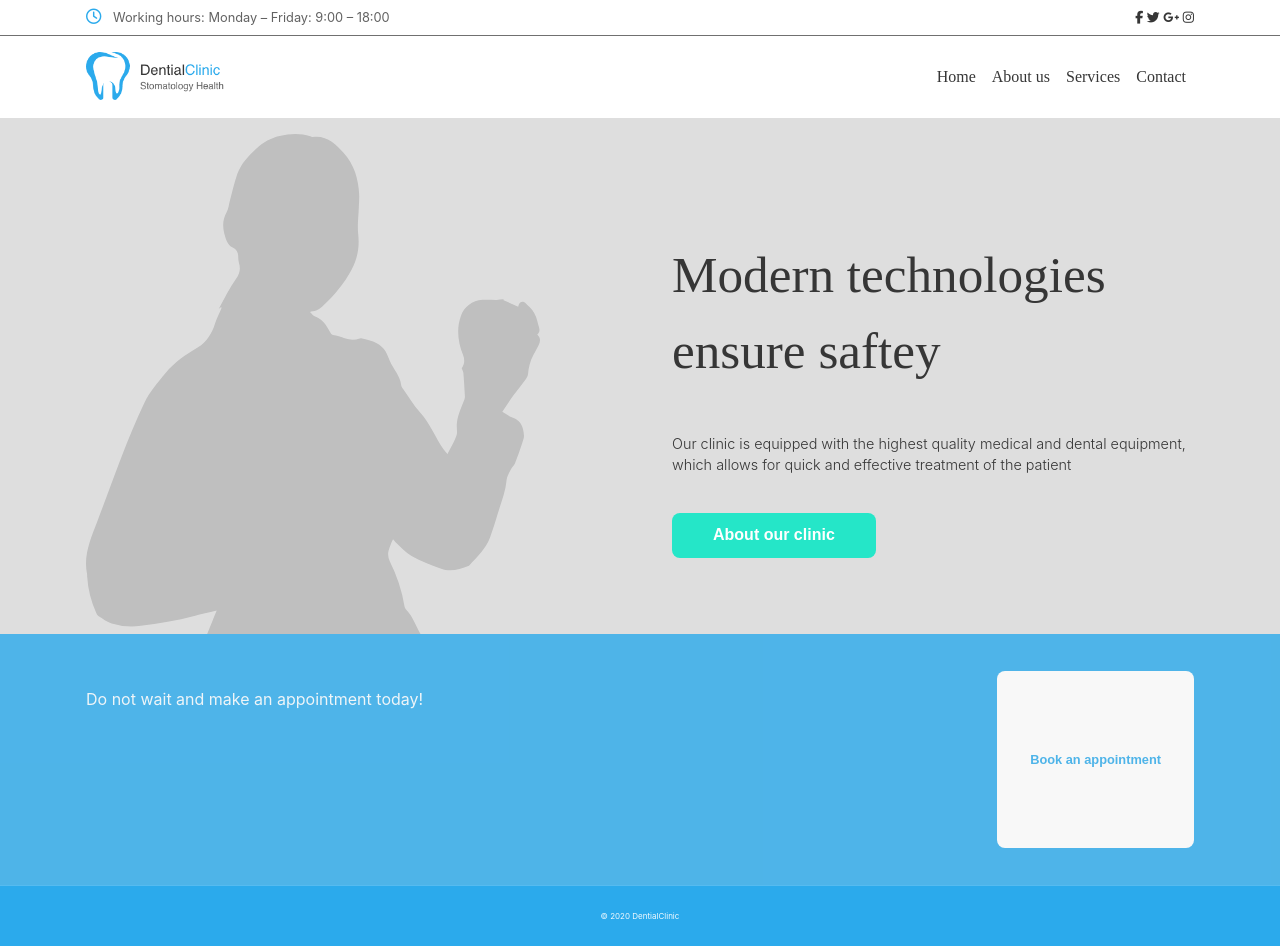
Repository: skepp4rn/uppgift1
Page: index.html
These files come from the project's save history. The page is drawn as it stood at one moment and after the next save; the edit follows.
The browser window is 1280 px wide. The pictures show the whole page.
Some web libraries are served in a nearby version.

Above is the page before, as saved 2020-12-03 15:09:15.

### index.html
<!DOCTYPE html>
<html lang="en">
<head>
    <meta charset="UTF-8">
    <meta name="viewport" content="width=device-width, initial-scale=1.0">
    <title>Document</title>

    <script src="https://kit.fontawesome.com/0abbda2fd3.js" crossorigin="anonymous"></script>
    <link rel="stylesheet" href="style.css">
</head>
<body>

    <nav class="navbar-top collapse">
        <div class="container">
            <div class="hours">
                <i class="far fa-clock"></i>
                Working hours: Monday – Friday: 9:00 – 18:00
            </div>
            <div class="#">
                <a href="#"><i class="fab fa-facebook-f"></i></a>
                <a href="#"><i class="fab fa-twitter"></i></a>
                <a href="#"><i class="fab fa-google-plus-g"></i></a>
                <a href="#"><i class="fab fa-instagram"></i></a>
            </div>
        </div>
    </nav>

    <nav class="navbar ">
        <div class="container">
            <a class="navbar-brand" href="#" >
                <img src="images/Logo.png" alt="">
            </a>
            <button class="navbar-toggler">
                <i class="fas fa-bars"></i>
            </button>
            <div class="collapse navbar-collapse">
                <div class="navbar-nav">
                    <a class="nav-link" href="#">Home</a>
                    <a class="nav-link" href="#">About us</a>
                    <a class="nav-link" href="#">Services</a>
                    <a class="nav-link" href="#">Contact</a>
                </div>
            </div>
        </div>
    </nav>

    <section id="showcase" class="bg-gray">
        <div class="container">
            <img src="images/placehold-girl.svg" alt="">
            <div class="content-box">
                <div class="content">
                    <h1>Modern technologies ensure saftey</h1>
                    <p>Our clinic is equipped with the highest quality medical and dental equipment, which allows for quick and effective treatment of the patient</p>
                    <button class="btn btn-green">About our clinic</button>
                </div>
            </div>
        </div>
    </section>












   <div class="grid">
        <section id="appointment" class="bg-gray">
            <div class="bg-blue overlay">
                <div class="container">
                    <div class="center-content">
                        <p>Do not wait and make an appointment today!</p>
                        <button>Book an appointment</button>
                    </div>
                </div>
            </div>
        </section>
        <footer class="d-flex justify-content-center bg-blue">
            <p>© 2020 DentialClinic</p>
        </footer>
    </div>

</body>
</html>

### style.css
* {
    box-sizing: border-box;
}

html, body {
    font-weight: 400;
    font-family: -apple-system, BlinkMacSystemFont, 'Segoe UI', Roboto, Oxygen, Ubuntu, Cantarell, 'Open Sans', 'Helvetica Neue', sans-serif;
    line-height: 1.5;
    font-size: 16px;
    margin: 0;
    padding: 0;
    color: #626262;
}

.container {
    width: 100%;
    padding: 0 1rem;
    margin: 0 auto;
}

.border {
    border: 1px solid black;
}

a {
    color: #363636;
    text-decoration: none;
    background-color: transparent;
}

a:hover {
    color: #25E6C8;
}

.bg-dark {
   background: #333333;
   color: #ffffff;
}

.bg-light {
    background: #f7f7f7;
    color: #333333;
}

.bg-gray {
    background-color: #DEDEDE;

}



.btn {
    display: inline-block;
    font-weight: 400;
    text-align: center;
    vertical-align: middle;
    padding: 0.80rem 2.5rem;
    border-radius: 0.5rem;
    border: 1px solid transparent;
    background-color: transparent;
    font-size: 1rem;

}

.btn-green {
    color: #ffffff;
    background-color: #25E6C8;
    font-weight: bold;
    margin-top: 1.4rem;
    border-radius: 0.5rem;

}

.btn-green:hover {
    cursor: pointer;
    background-color: #2BAAEC;
}



.collapse:not(.show) {
    display: none;
}

.container {
    width: 100%;
    padding: 0 1rem;
    margin: 0 auto;
}

.navbar-top {
    border-bottom: 1px solid #707070;
}

.navbar, .navbar-top {
    display: flex;
    justify-content: space-between;
    padding: 0.5rem 1rem;
}

.navbar .container, .navbar-top .container {
    display: flex;
    justify-content: space-between;
    align-items: center;
}

.navbar-top .container {
    font-size: 0.8rem;
}

.navbar-top .container .hours {
    color:#626262;
}

.navbar-top .container .hours i {
    color: #2BAAEC;
    margin-right: 0.5rem;
    font-size: 1.2em;
}

.navbar-top .container .socialmedia a {
    margin: 0 0.5rem;

}

.navbar-brand {
    display: inline-block;
    font-size: 1.5rem;
    color: black;
    margin-right: 1rem;
}

.navbar-brand img {
    height: 3rem;
    margin-top: 0.5rem;
}


.navbar-toggler {
    font-size: 2.5rem;
    color:#2BAAEC;
    background-color: transparent;
    border: 1px solid transparent;
}

.navbar-collapse {
    align-items: center;
}

.navbar-nav {
    display: flex;
    flex-direction: column;
    font-family: 'Roboto Slab', serif;

}

.nav-link {
    padding: 0;
    text-decoration: none;
}



#showcase .container {
    display: grid;
    grid-template-columns: 1fr 1fr;
    column-gap: 4rem;

    align-items: center;
}

#showcase .container img {
    height: 500px;
    margin-top: 1rem;


}

#showcase .container .content-box {
    align-self: center;
    color: #363636;
    font-weight: 300;
}

.content-box .content h1 {
    font-size: 3.2rem;
    font-family: 'Roboto Slab', serif;
    font-weight: 300;

}

.content-box .content p {
    font-size: 0.9rem;
}




.d-flex {
    display: flex;
}

.justify-content-center {
    justify-content: center;
}

#appointment {
    color: #f3fbff;
}


.overlay {
    opacity: 80%;
    background-color: #2BAAEC;
}

.center-content {
    display: block;
    text-align: center;
    padding: 2.5rem 0;
}

.center-content button {
    display: inline-block;
    vertical-align: middle;
    padding: 5rem 2rem;
    border-radius: 0.5rem;
    border: 1px solid transparent;
    background-color: white;
    color: #2BAAEC;
    font-weight: bold;
    font-size: 0.8rem;
}


footer {
    border-top: 1px solid rgb(255, 255, 255, 0.2);
    background-color: #2BAAEC;
    color: #f3fbff;
    text-align: center;
    padding: 1rem 0rem;
    font-size: 0.5rem;
}






@media (min-width: 768px) {
    .container {
        max-width: 720px;
    }

    .center-content {
        display: flex;
        justify-content: space-between;
        padding: 2.3rem 0;
    }
}

@media (min-width: 1920px) {
    .container {
        max-width: 1880;
    }
}




@media (min-width: 768px) {
    .nav-link {
        padding-right: 0.5rem;
        padding-left: 0.5rem;
    }

    .navbar-nav {
        flex-direction: row;
    }

    .navbar-toggler {
        display: none;
    }

    .collapse:not(.show) {
        display: flex;
    }

    .container {
        max-width: 720px;
    }

}

@media (min-width: 992px) {
    .container {
        max-width: 960px;
    }
}

@media (min-width: 1200px) {
    .container {
        max-width: 1140px;
    }
}

After the next save:
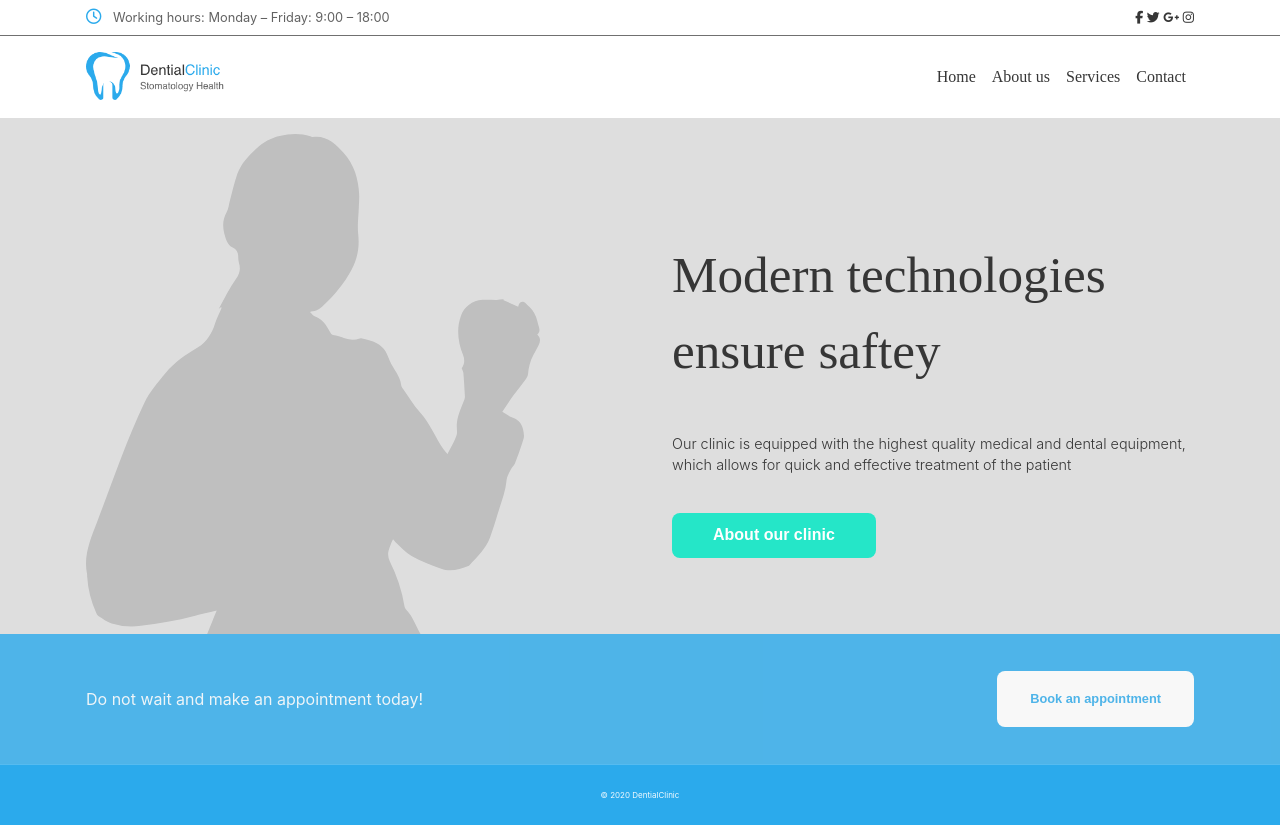
Saved 5 s later.
--- a/style.css
+++ b/style.css
@@ -223,7 +223,7 @@ a:hover {
 .center-content button {
     display: inline-block;
     vertical-align: middle;
-    padding: 5rem 2rem;
+    padding: 0.1rem 2rem;
     border-radius: 0.5rem;
     border: 1px solid transparent;
     background-color: white;
